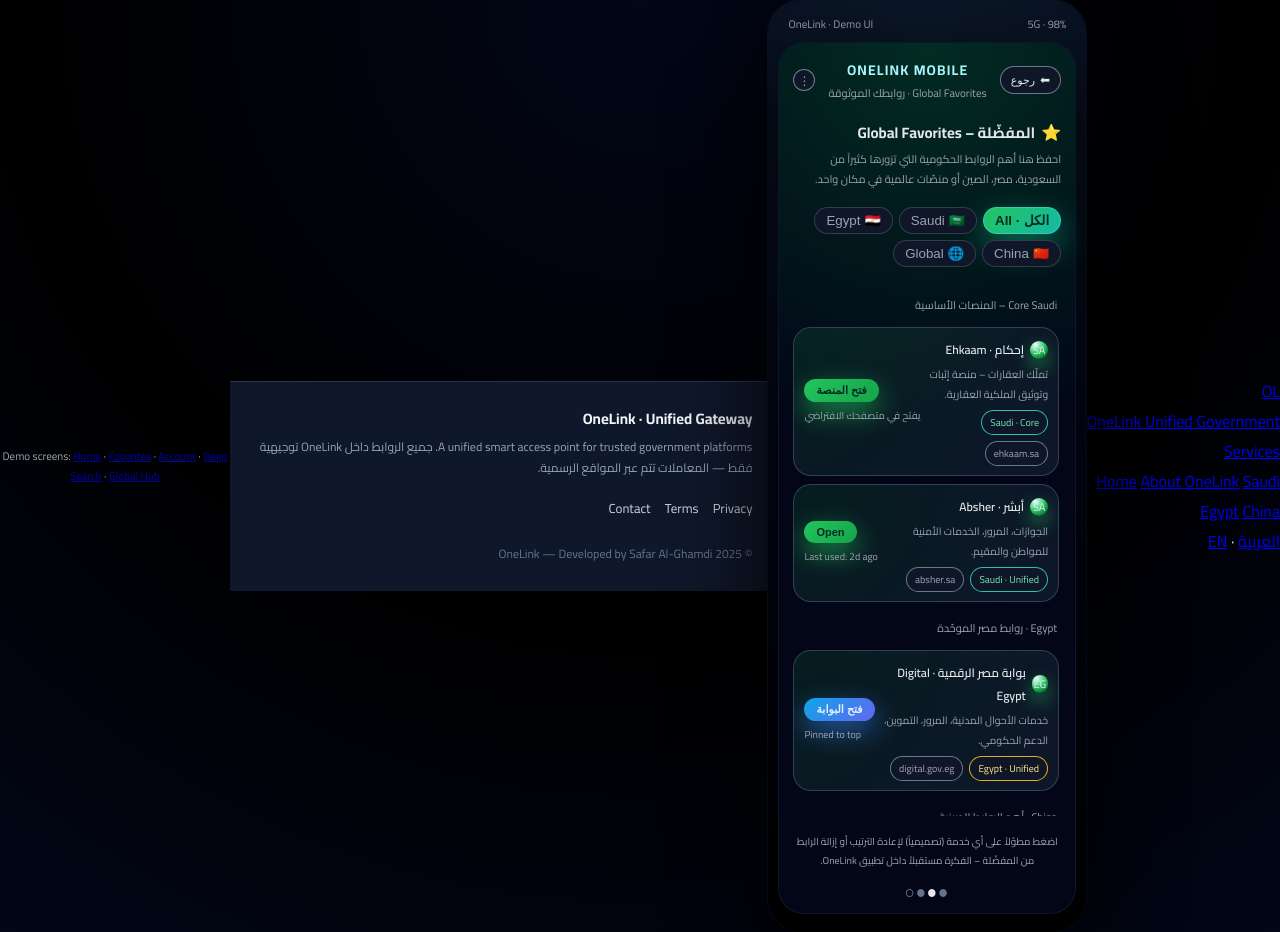
Repository: seesafar/GovLinksApp
Page: docs/app-ui/app-favorites-global.html
The author's editor kept a copy of each file at every save. The page is drawn from the files as they stood at one save, then again after a run of saves.
The browser window is 1280 px wide. The pictures show the whole page.

Above is the page before, as saved 2025-12-01 03:34:54.

After the next 2 saves:
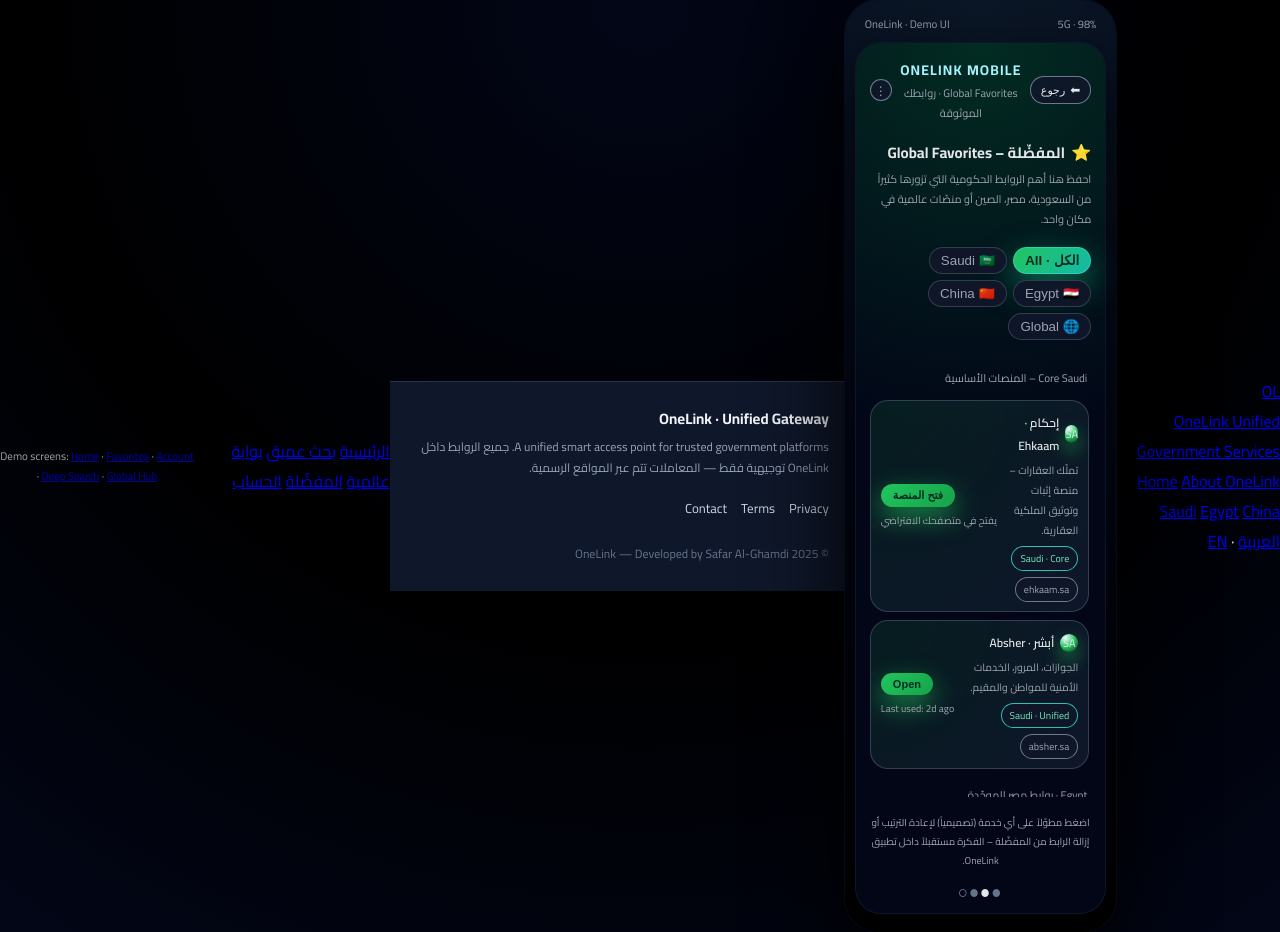
The 2 saves are shown as one change because they came seconds apart.
The last was saved 5 s later.
--- a/docs/app-ui/app-favorites-global.html
+++ b/docs/app-ui/app-favorites-global.html
@@ -511,7 +511,13 @@
   <script src="../core/js/include.js"></script>
 </body>
 </html>
-
+<nav class="app-nav">
+  <a href="app-home-global.html">الرئيسية</a>
+  <a href="app-deep-search.html">بحث عميق</a>
+  <a href="app-global-hub.html">بوابة عالمية</a>
+  <a href="app-favorites-global.html" class="active">المفضّلة</a>
+  <a href="app-account.html">الحساب</a>
+</nav>
 </body>
 </html>
 <div style="text-align:center; margin: 16px 0; font-size: 11px; opacity: .7;">
